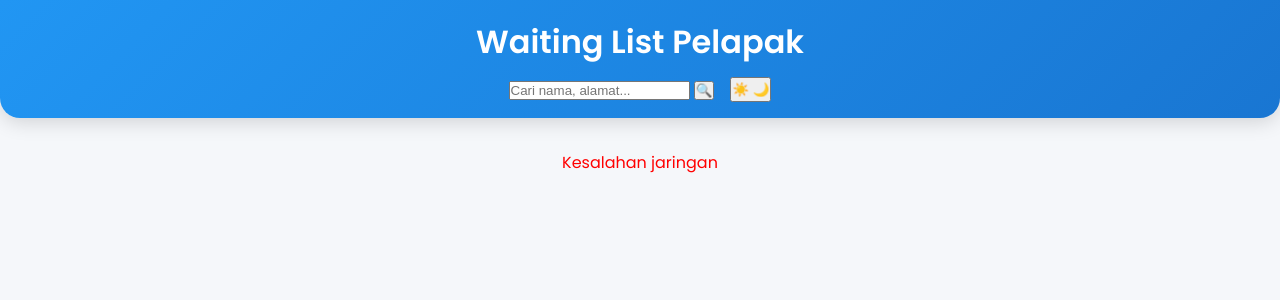
Repository: pasarrakyatbak/WaitingListforPanitia
Page: index.html
An editor plug-in stored every save of this project. The page is shown before and after a run of saves, followed by the edit.
The browser window is 1280 px wide. The pictures show the whole page.
The page's requests for data from a server got no answer.

Above is the page before, as saved 2025-09-25 16:36:29.

After the next 2 saves:
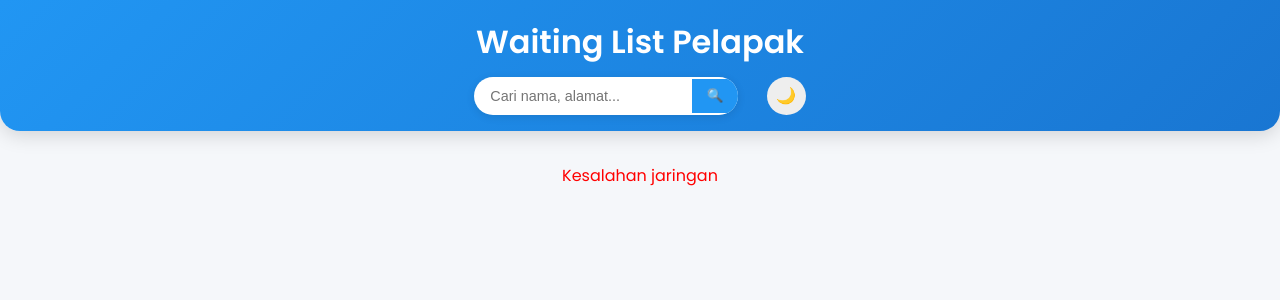
The 2 saves are shown as one change because they came seconds apart.
The last was saved 6 s later.
--- a/style.css
+++ b/style.css
@@ -57,6 +57,89 @@ body.dark .app-bar {
 }
 
 /* 🔍 Search Container */
+/* Search modern */
+.search-container {
+    display: flex;
+    align-items: center;
+    background: #fff;
+    border-radius: 30px;
+    overflow: hidden;
+    box-shadow: 0 2px 8px rgba(0, 0, 0, 0.1);
+    transition: background 0.3s;
+}
+
+.search-container input {
+    border: none;
+    outline: none;
+    padding: 0.6rem 1rem;
+    font-size: 0.9rem;
+    flex: 1;
+    background: transparent;
+}
+
+.search-container button {
+    background: #2196f3;
+    border: none;
+    color: #fff;
+    padding: 0.6rem 0.9rem;
+    cursor: pointer;
+    transition: background 0.3s;
+}
+
+.search-container button:hover {
+    background: #1976d2;
+}
+
+/* Dark mode search */
+body.dark .search-container {
+    background: #1f1f1f;
+}
+
+body.dark .search-container input {
+    color: #fff;
+}
+
+/* Toggle Dark Mode Button */
+.toggle-dark {
+    margin-left: 0.8rem;
+    background: #eee;
+    border: none;
+    border-radius: 50%;
+    padding: 0.6rem;
+    cursor: pointer;
+    font-size: 1rem;
+    transition: background 0.3s, transform 0.2s;
+}
+
+.toggle-dark:hover {
+    background: #ddd;
+    transform: scale(1.05);
+}
+
+.toggle-dark .icon {
+    display: none;
+}
+
+body:not(.dark) .toggle-dark .sun {
+    display: none;
+}
+
+body:not(.dark) .toggle-dark .moon {
+    display: inline;
+}
+
+body.dark .toggle-dark {
+    background: #2c2c2c;
+    color: #fff;
+}
+
+body.dark .toggle-dark .sun {
+    display: inline;
+}
+
+body.dark .toggle-dark .moon {
+    display: none;
+}
 
 
 /* Loader */
